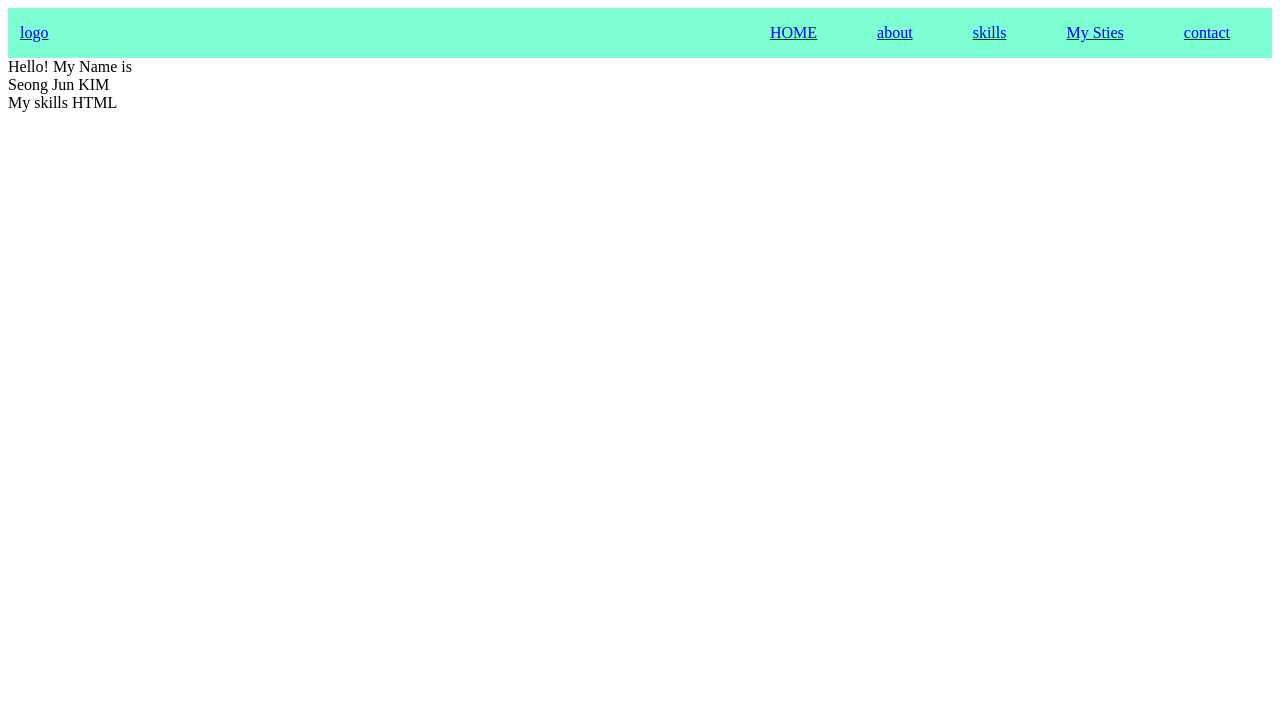
Repository: jun01270/jun
Page: index.html
The author's editor kept a copy of each file at every save. The page is drawn from the files as they stood at one save, then again after the next save.
The browser window is 1280 px wide. The pictures show the whole page.

Above is the page before, as saved 2023-05-09 11:27:03.

After the next save:
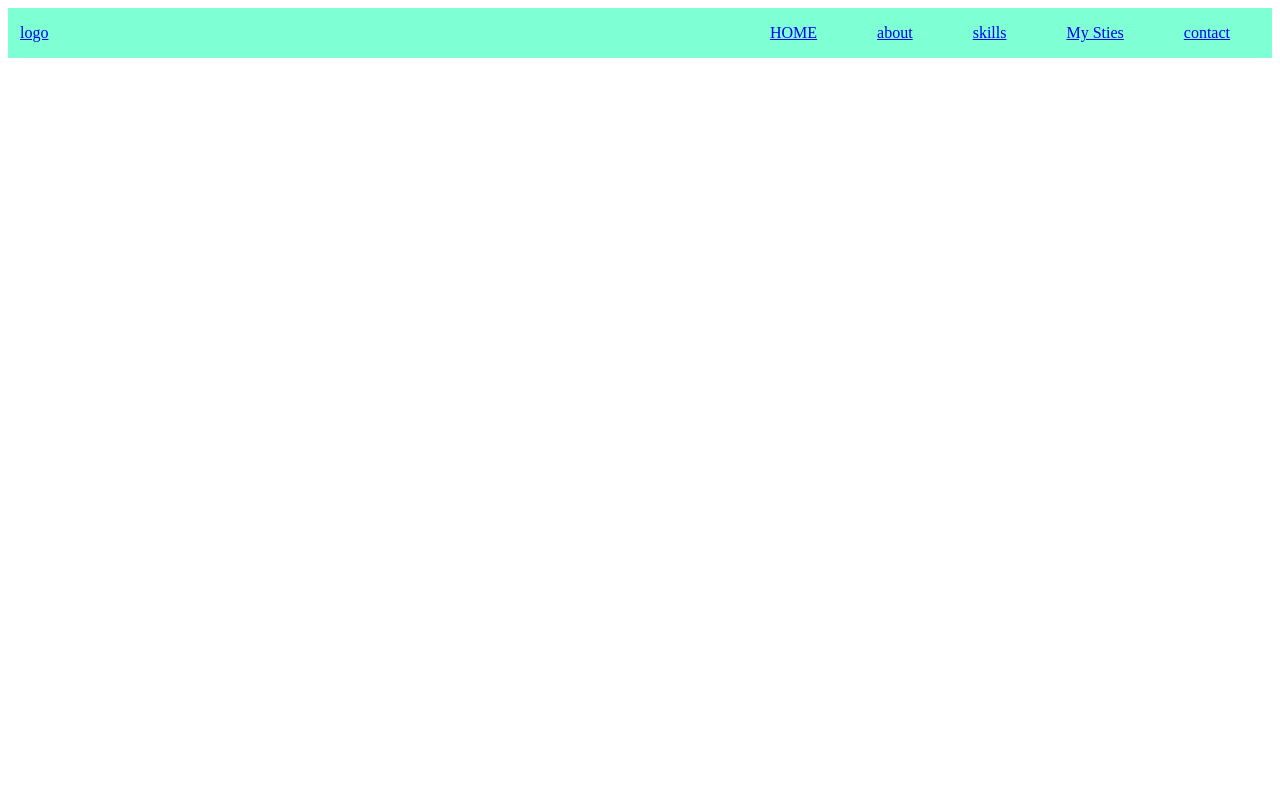
Saved 31 s later.
--- a/index.html
+++ b/index.html
@@ -5,6 +5,7 @@
     <meta http-equiv="X-UA-Compatible" content="IE=edge">
     <meta name="viewport" content="width=device-width, initial-scale=1.0">
     <link rel="stylesheet" href="./css/main.css">
+    <link rel="stylesheet" href="./css/home.css">
     <title>Document</title>
 </head>
 <body>
